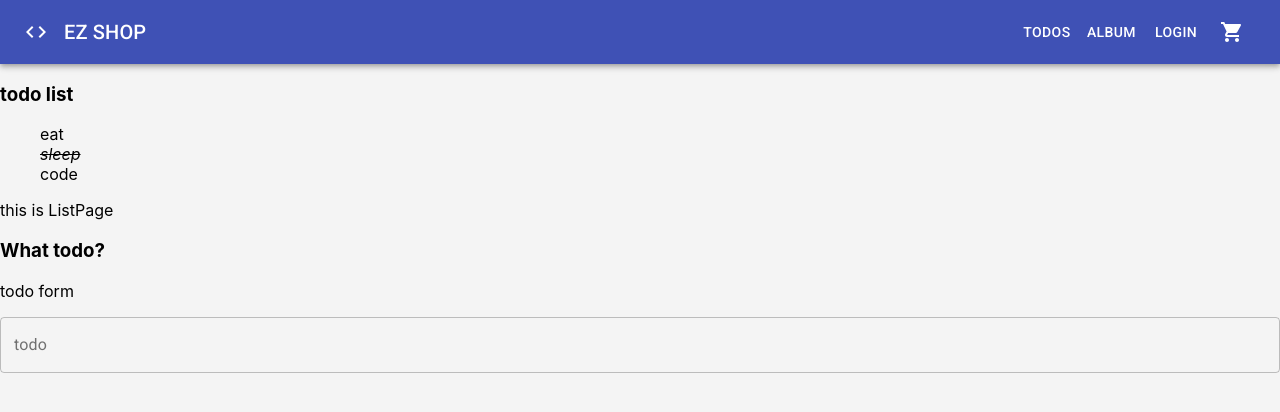
Repository: anhmuoi/learn-reactjs
Page: /todos
The author's editor kept a copy of each file at every save. The page is drawn from the files as they stood at one save, then again after a run of saves.
The browser window is 1280 px wide. The pictures show the whole page.
The project was rebuilt for these pictures with package versions that can differ from the ones it lists, and the page was loaded fresh each time. Also part of the build but not shown: src/components/form-controls/PasswordField/index.js, src/features/Auth/components/LoginForm/index.jsx, src/features/Auth/components/Login/index.jsx, src/features/Auth/components/RegisterForm/index.jsx, src/features/Auth/components/Register/index.jsx, src/features/album/components/Album/index.jsx, src/features/album/components/AlbumList/style.scss, src/features/album/components/AlbumList/index.jsx and 28 more. Imported but missing from the stored project, and not drawn on this page: src/features/Product/components/ProductAdditional.jsx, src/features/Product/components/ProductReviews.jsx.

Above is the page before, as saved 2021-09-25 17:33:21.

### src/App.js
import categoryApi from "api/categoryApi.js";
import Header from "components/Header/index.jsx";
import AlbumFeature from "features/album/index.jsx";
import CartFeature from "features/Cart/index.jsx";
import ProductFeature from "features/Product/index.jsx";
import React, { useEffect } from "react";
import { Redirect, Route, Switch } from "react-router";
import "./App.css";
import NoteFound from "./components/NotFound";
import CounterFeature from "./features/Counter/index.jsx";
import TodoFeature from "./features/Todo";

function App() {

  // useEffect(() => {
  //   const fetchCategories = async  () => {
  //     const categories = await categoryApi.get(1);


  //   }

  //   fetchCategories();
  // }, [])


  return (
    <div className="App">
    <Header/>
      <Switch>
        <Redirect from="/home" to="/" exact></Redirect>
        <Redirect
          from="/posts-list/:postId"
          to="/posts/:postId"
          exact
        ></Redirect>

        <Route path="/" component={CounterFeature} exact />
        <Route path="/todos" component={TodoFeature}></Route>
        <Route path="/album" component={AlbumFeature}></Route>
        <Route path='/products' component={ProductFeature} />
        <Route path='/cart' component={CartFeature} />
        <Route component={NoteFound}></Route>
      </Switch>
    </div>
  );
}

export default App;

### src/app/store.js
import counterReducer from "../features/Counter/counterSlice.js";
import userReducer from '../features/Auth/userSlice.js'
import cartReducer from '../features/Cart/cartSlice.js'
const { configureStore } = require("@reduxjs/toolkit");

const rootReducer = {
  counter: counterReducer,
  user: userReducer,
  cart: cartReducer,
};

const store = configureStore({
  reducer: rootReducer,
});
export default store;

### src/api/categoryApi.js
const { default: axiosClient } = require("./axiosClient.js");

const categoryApi = {
    getAll(params){
        const url = '/categories';
        return axiosClient.get(url,{ params });
    },
    get(id) {
        const url = `/categories/${id}`;
        return axiosClient.get(url);
    },
    add(data) {
        const url = '/categories';
        return axiosClient.post(url, data);
    },
    update(data) {
        const url = `/categories/${data.id}`;
        return axiosClient.patch(url, data);
    },
    remove(id) {
        const url = `/categories/${id}`;
        return axiosClient.delete(url);
    }
};

export default categoryApi;

### src/components/Header/index.jsx
import { Badge, Box, IconButton } from "@material-ui/core";
import AppBar from "@material-ui/core/AppBar";
import Button from "@material-ui/core/Button";
import Dialog from "@material-ui/core/Dialog";
import DialogContent from "@material-ui/core/DialogContent";
import Menu from "@material-ui/core/Menu";
import MenuItem from "@material-ui/core/MenuItem";
import { makeStyles } from "@material-ui/core/styles";
import Toolbar from "@material-ui/core/Toolbar";
import Typography from "@material-ui/core/Typography";
import {
  AccountCircle, Close, ShoppingCart
} from "@material-ui/icons";
import CodeIcon from "@material-ui/icons/Code";
import Login from "features/Auth/components/Login/index.jsx";
import Register from "features/Auth/components/Register/index.jsx";
import { logout } from "features/Auth/userSlice.js";
import { cartItemCountSelector } from "features/Cart/selectors.js";
import React, { useState } from "react";
import { useDispatch, useSelector } from "react-redux";
import { Link, NavLink, useHistory } from "react-router-dom";

const useStyles = makeStyles((theme) => ({
  root: {
    flexGrow: 1,
  },
  menuButton: {
    marginRight: theme.spacing(2),
  },
  title: {
    flexGrow: 1,
  },
  link: {
    color: "#fff",
    textDecoration: "none",
  },
  closeButton: {
    position: "absolute",
    top: theme.spacing(1),
    right: theme.spacing(1),
    color: theme.palette.grey[500],
    zIndex: "1",
  },
  menu: {
    top: theme.spacing(5),
    "margin-top": theme.spacing(6),
  },
}));

const MODE = {
  LOGIN: "login",
  REGISTER: "register",
};

export default function Header() {
  const classes = useStyles();

  const LoggedIn = useSelector((state) => state.user);

  const cartItemCount = useSelector(cartItemCountSelector);

  const history = useHistory();

  const isLoggedIn = LoggedIn.current.id;

  const [mode, setMode] = useState(MODE.LOGIN);

  const [open, setOpen] = useState(false);

  const [anchorEl, setAnchorEl] = useState(null);

  const dispatch = useDispatch();

  const handleClickOpen = () => {
    setOpen(true);
  };

  const handleClose = () => {
    setOpen(false);
  };

  const handleClickMenu = (event) => {
    setAnchorEl(event.currentTarget);
  };

  const handleCloseMenu = () => {
    setAnchorEl(null);
  };

  const handleLogOut  = () => {
    handleCloseMenu();
    const action = logout();
    dispatch(action);
  }

  const handleCartClick  = () => {
    history.push('/cart')
  }



  return (
    <div className={classes.root}>
      <AppBar position="static">
        <Toolbar>
          <CodeIcon className={classes.menuButton} />

          <Typography variant="h6" className={classes.title}>
            <Link className={classes.link} to="/">
              EZ SHOP
            </Link>
          </Typography>
          <NavLink
            className={classes.link}
            to="/todos"
            activeClassName="active-menu"
          >
            <Button color="inherit">Todos</Button>
          </NavLink>
          <NavLink
            className={classes.link}
            to="/album"
            activeClassName="active-menu"
          >
            <Button color="inherit">Album</Button>
          </NavLink>
          {!!isLoggedIn && (
            <IconButton aria-haspopup="true" onClick={handleClickMenu}>
              <AccountCircle
                className={classes.link}
                color="inherit"
              ></AccountCircle>
            </IconButton>
          )}
          {!!!isLoggedIn && (
            <Button onClick={handleClickOpen} color="inherit">
              Login
            </Button>
          )}
          <IconButton onClick={handleCartClick} aria-label="show 4 new mails" color="inherit">
          <Badge badgeContent={cartItemCount} color="secondary">
            <ShoppingCart></ShoppingCart>
          </Badge>
        </IconButton>
        </Toolbar>
      </AppBar>

      <Menu
        className={classes.menu}
        id="simple-menu"
        anchorEl={anchorEl}
        keepMounted
        open={Boolean(anchorEl)}
        onClose={handleCloseMenu}
      >
        <MenuItem onClick={handleCloseMenu}>Profile</MenuItem>
        <MenuItem onClick={handleCloseMenu}>My account</MenuItem>
        <MenuItem onClick={handleLogOut}>Logout</MenuItem>
      </Menu>

      <Dialog
        disableEscapeKeyDown
        open={open}
        aria-labelledby="alert-dialog-title"
        aria-describedby="alert-dialog-description"
      >
        <IconButton className={classes.closeButton} onClick={handleClose}>
          <Close></Close>
        </IconButton>
        <DialogContent>
          {mode === MODE.REGISTER && (
            <>
              <Register closeDialog={handleClose} />
              <Box textAlign="center">
                <Button color="primary" onClick={() => setMode(MODE.LOGIN)}>
                  Already have an account. Login here
                </Button>
              </Box>
            </>
          )}
          {mode === MODE.LOGIN && (
            <>
              <Login closeDialog={handleClose} />
              <Box textAlign="center">
                <Button color="primary" onClick={() => setMode(MODE.REGISTER)}>
                  Dont have an account. Register here
                </Button>
              </Box>
            </>
          )}
        </DialogContent>
      </Dialog>
    </div>
  );
}

### src/features/Todo/index.jsx
import React, { useState } from 'react';
import { Route, Switch, useRouteMatch } from 'react-router-dom';
import NoteFound from '../../components/NotFound';
import TodoList from './components/TodoList/index.jsx';
import DetailPage from './pages/DetailPage';
import ListPage from './pages/ListPage';

TodoFeature.propTypes = {

};

function TodoFeature(props) {

    const initTodoList = [
        {
            id: 1,
            title: 'eat',
            status: 'new',
        },
        {
            id: 2,
            title: 'sleep',
            status: 'completed',
        },
        {
            id: 3,
            title: 'code',
            status: 'new',
        },
    ]



    const match = useRouteMatch();

    const [todoList, setTodoList] = useState(initTodoList)

    const handleOnclickTodo = (todo) => {
        setTodoList(todo.status = 'completed');
    }

    return (
        <div>
        <h3>todo list</h3>
        <TodoList todoList={todoList} onclickTodo={handleOnclickTodo}/>

        <Switch>
            <Route path={match.path} component={ListPage} exact></Route>
            <Route path={`${match.path}/:todoId`} component={DetailPage} exact></Route>
            <Route component={NoteFound}></Route>
        </Switch>

        </div>
    );
}

export default TodoFeature;

### src/features/Counter/counterSlice.js
const { createSlice } = require("@reduxjs/toolkit");

const counterSlice = createSlice({
  name: "counter",
  initialState: 0,
  reducers: {
    increase(state, action) {
      return state + 1;
    },
    decrease(state, action) {
      return state - 1;
    },
  },
});

const { actions, reducer } = counterSlice;
export const { increase, decrease } = actions;
export default reducer;

### src/features/Auth/userSlice.js
import { createSlice, createAsyncThunk} from "@reduxjs/toolkit";

import userApi from "api/userApi.js";
import storageKeys from "constants/storage-key.js";

export const register = createAsyncThunk(
    'user/register',
    async (payload) => {
      //call api
      const data = await userApi.register(payload);
      // save data to localStorage
      localStorage.setItem(storageKeys.TOKEN,data.jwt);
      localStorage.setItem(storageKeys.USER, JSON.stringify(data.user));

      return data.user;
    }
  )
  export const login = createAsyncThunk(
    'user/login',
    async (payload) => {
      //call api
      const data = await userApi.login(payload);
      // save data to localStorage
      localStorage.setItem(storageKeys.TOKEN,data.jwt);
      localStorage.setItem(storageKeys.USER, JSON.stringify(data.user));

      return data.user;
    }
  )

const userSlice = createSlice({
  name: "user",
  initialState: {
      current: JSON.parse(localStorage.getItem(storageKeys.USER) ) ||{},
      setting: {}
  },
  reducers: {
    logout(state) {

      localStorage.removeItem(storageKeys.TOKEN);
      localStorage.removeItem(storageKeys.USER);

      state.current = {}
    }

  },
  extraReducers: {
    [register.fulfilled]: (state, action) => {
      state.current = action.payload;
    },
    [login.fulfilled]: (state, action) => {
      state.current = action.payload;
    }
  }
});

const { actions, reducer } = userSlice;
export const {  logout} = actions;
export default reducer;

### src/features/Cart/cartSlice.js
import { createSlice } from "@reduxjs/toolkit";

const initialState = {
  showMiniCart: false,
  cartItems: [],
};

const cartSlice = createSlice({
  name: "cart",
  initialState,
  reducers: {
    showMiniCart(state) {
      state.showMiniCart = true;
    },
    hideMiniCart(state) {
      state.showMiniCart = false;
    },
    addFromCart(state, action) {
      const newItem = action.payload;
      const index = state.cartItems.findIndex((x) => x.id === newItem.id);
      if (index >= 0) {
        state.cartItems[index].quantity += newItem.quantity;
      } else {
        state.cartItems.push(newItem);
      }
    },
    setQuantity(state, action) {
      const { id, quantity } = action.payload;
      const index = state.cartItems.findIndex((x) => x.id === id);
      if (index >= 0) {
        state.cartItems[index].quantity = quantity;
      }
    },
    removeFromCart(state, action) {
      const idNeedRemove = action.payload;
      state.cartItems = state.cartItems.filter((x) => x.id !== idNeedRemove);
    },
  },
});

export const {
  showMiniCart,
  hideMiniCart,
  addFromCart,
  removeFromCart,
  setQuantity,
} = cartSlice.actions;
export default cartSlice.reducer;

### src/api/axiosClient.js
const { default: axios } = require("axios");

const axiosClient = axios.create({
  baseURL: "https://api.ezfrontend.com/",
  headers: {
    "Content-Type": "application/json",
  },
});

// Add a request interceptor
axiosClient.interceptors.request.use(
  function (config) {
    // Do something before request is sent
    return config;
  },
  function (error) {
    // Do something with request error
    return Promise.reject(error);
  }
);

// Add a response interceptor
axiosClient.interceptors.response.use(
  function (response) {
    // Any status code that lie within the range of 2xx cause this function to trigger
    // Do something with response data
    return response.data;
  },
  function (error) {
    // Any status codes that falls outside the range of 2xx cause this function to trigger
    // Do something with response error


    const { config, status, data } = error.response;
    const URLS = ['/auth/local/register', '/auth/local'];
    if (URLS.includes(config.url) && status === 400) {
      const errorList = data.data || [];
      const firstError = errorList.length > 0 ? errorList[0] : {};
      const messageList = firstError.messages || [];
      const firstMessage = messageList.length > 0 ? messageList[0] : {};
      throw new Error(firstMessage.message);

    }

    return Promise.reject(error);
  }
);

export default axiosClient;

### src/features/Cart/selectors.js
import { createSelector } from "@reduxjs/toolkit";

const cartItemSelector = (state) => state.cart.cartItems;

export const cartItemCountSelector = createSelector(cartItemSelector, (cartItems) =>
  cartItems.reduce((count, item) => count + item.quantity, 0)
);

export const cartItemTotalSelector = createSelector(cartItemSelector, (cartItems) =>
  cartItems.reduce((total, item) => total + item.product.salePrice * item.quantity, 0)
);

### src/features/Todo/components/TodoList/index.jsx
import React from 'react';
import PropTypes from 'prop-types';
import classnames from 'classnames'
import './style.scss'

TodoList.propTypes = {
    todoList: PropTypes.array,
    onclickTodo: PropTypes.func,
};

TodoList.defaultProps = {
    todoList: [],
}

function TodoList(props) {
    const {todoList, onclickTodo} = props;

    const handleClick = (todo) => {
        onclickTodo(todo)
    }

    return (

        <ul className='todoList'>
            {todoList.map(todo => (
                <li
                onClick={()=>handleClick(todo)}
                className={classnames({
                    completed: todo.status === 'completed'
                })}
                key={todo.id}>{todo.title}

                </li>
            ))}
        </ul>
    );
}

export default TodoList;

### src/features/Todo/pages/ListPage/index.jsx
import React from "react";
import TodoForm from "../../components/TodoForm";

ListPage.propTypes = {};

function ListPage(props) {
  const handleTodoFormSubmit = (values) => {
    console.log("form submit", values);
  };
  return (
    <div>
      this is ListPage
      <h3>What todo?</h3>
      <TodoForm onSubmit={handleTodoFormSubmit} />
    </div>
  );
}

export default ListPage;

### src/api/userApi.js
import axiosClient from "./axiosClient.js";


const userApi = {

    register(data) {
        const url = '/auth/local/register';
        return axiosClient.post(url, data);
    },
    login(data) {
        const url = '/auth/local';
        return axiosClient.post(url, data);
    },
};

export default userApi;

### src/constants/storage-key.js
const storageKeys = {
    USER: 'user',
    TOKEN: 'access_token',
};

export default storageKeys;

### src/features/Todo/components/TodoList/style.scss
.todoList {
    & > li {
        cursor: pointer;
        display: inline-block;
        display: flex;
        flex-direction: column;
    }
    & > li.completed {
        font-style: italic;
        text-decoration: line-through;

    }
}

### src/features/Todo/components/TodoForm/index.jsx
import { yupResolver } from '@hookform/resolvers/yup';
import InputField from "components/form-controls/InputField/index.jsx";
import PropTypes from "prop-types";
import React from "react";
import { useForm } from "react-hook-form";
import * as yup from "yup";




TodoForm.propTypes = {
  onSubmit: PropTypes.func,
};

function TodoForm(props) {
  const {onSubmit} = props;

  const schema = yup.object().shape({
      title: yup.string().required("Please enter title"),
  });
  const form = useForm({
    defaultValues: {
      title: "",
    },
    resolver: yupResolver(schema)
  });

  const handleSubmit = (values) => {
    onSubmit(values);
  };

  return (
    <form onSubmit={form.handleSubmit(handleSubmit)}>
      todo form
      <InputField form={form} name="title" label="todo" />
    </form>
  );
}

export default TodoForm;

### src/components/form-controls/InputField/index.jsx
import { TextField } from "@material-ui/core";
import PropTypes from "prop-types";
import React from "react";
import { Controller } from "react-hook-form";

InputField.propTypes = {
  form: PropTypes.object.isRequired,
  name: PropTypes.string.isRequired,

  label: PropTypes.string,
  disabled: PropTypes.bool,
};

function InputField(props) {
  const { form, name, label, disabled} = props;
  const { formState } = form;

  const hasError = !!(formState.errors[name]);


  return (
    <Controller
      name={name}
      control={form.control}
      disabled={disabled}
      render={({ field }) => (

        <TextField
          {...field}


          fullWidth

          label={label}
          margin='normal'
          variant="outlined"
          error={hasError}
          helperText={formState.errors[name]?.message}

        />

      )}
    />
  );
}

export default InputField;

Loaded but not shown: public/index.html (common file); src/index.js (common file); src/index.css (common file); src/reportWebVitals.js (common file); src/App.css (common file)

After the next 3 saves:
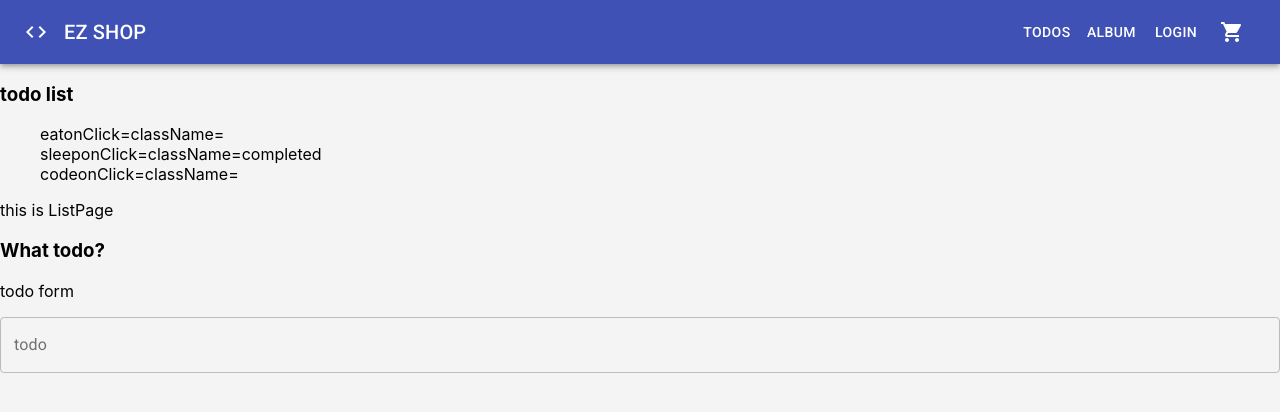
The 3 saves are shown as one change because 1 did not build or start and some came seconds apart.
The last was saved 116 min 15 s later.
--- a/src/features/Todo/components/TodoList/index.jsx
+++ b/src/features/Todo/components/TodoList/index.jsx
@@ -24,11 +24,12 @@
         <ul className='todoList'>
             {todoList.map(todo => (
                 <li
+                key={todo.id}>{todo.title}
                 onClick={()=>handleClick(todo)}
                 className={classnames({
                     completed: todo.status === 'completed'
                 })}
-                key={todo.id}>{todo.title}
+
 
                 </li>
             ))}

After the save that followed:
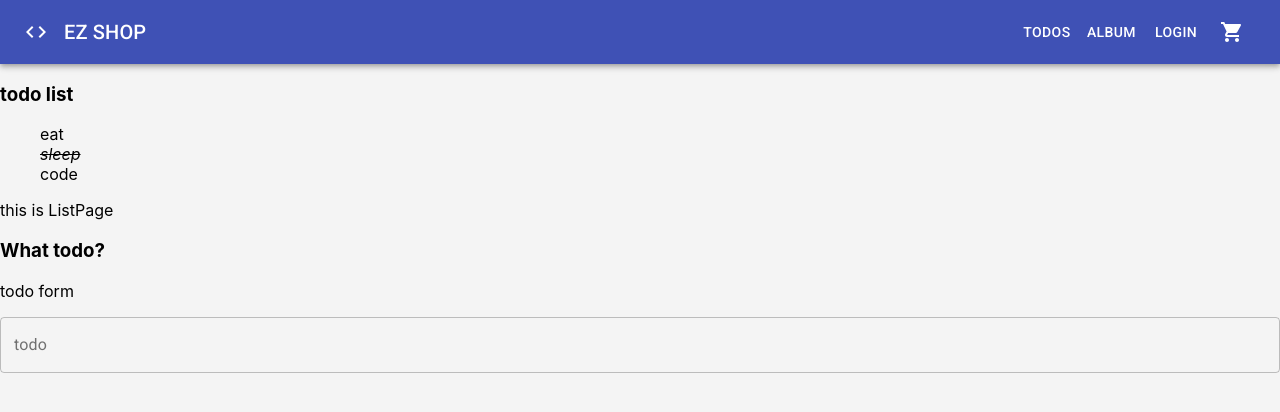
Saved 9 s later.
--- a/src/features/Todo/components/TodoList/index.jsx
+++ b/src/features/Todo/components/TodoList/index.jsx
@@ -24,12 +24,11 @@
         <ul className='todoList'>
             {todoList.map(todo => (
                 <li
-                key={todo.id}>{todo.title}
                 onClick={()=>handleClick(todo)}
                 className={classnames({
                     completed: todo.status === 'completed'
                 })}
-
+                key={todo.id}>{todo.title}
 
                 </li>
             ))}
